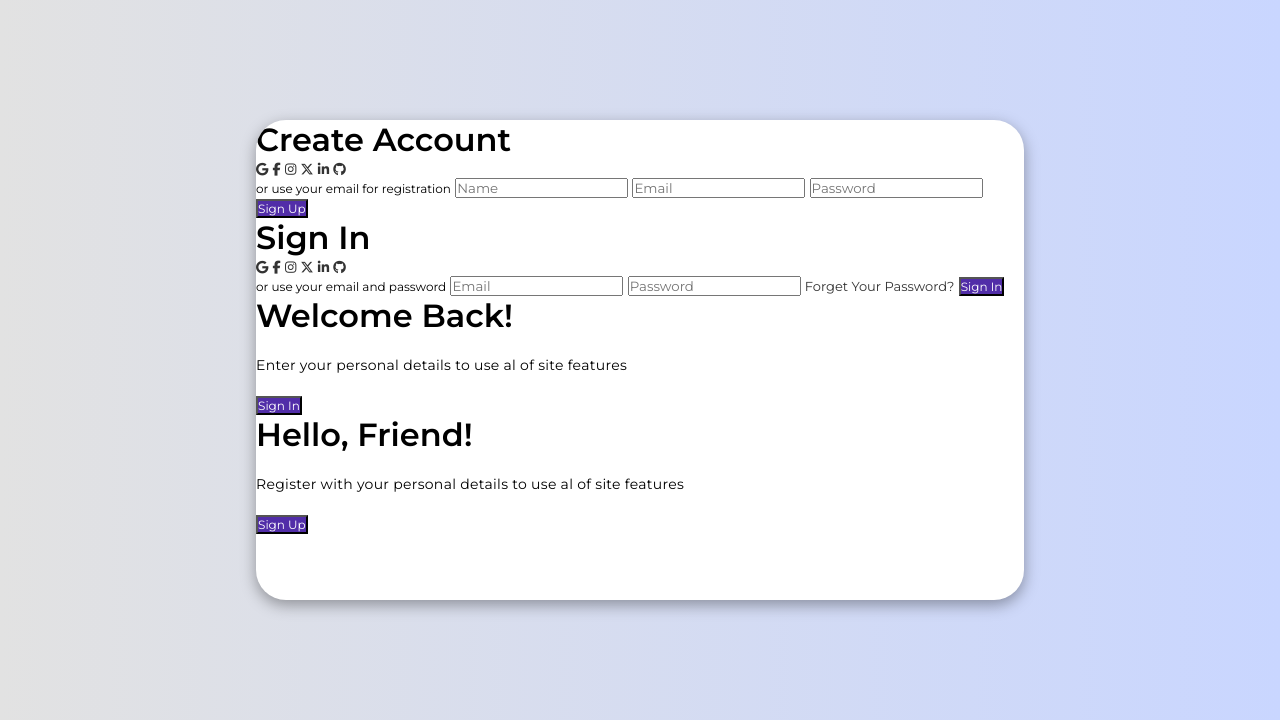
Repository: DevMike1993/Animated_Login_Page
Page: index.html
These files come from the project's save history. The page is drawn as it stood at one moment and after a run of saves; the edit follows.
The browser window is 1280 px wide. The pictures show the whole page.

Above is the page before, as saved 2023-12-17 19:59:08.

### index.html
<!DOCTYPE html>
<html lang="en">
<head>
    <meta charset="UTF-8">
    <meta name="viewport" content="width=device-width, initial-scale=1.0">
    <link rel="stylesheet" href="https://cdnjs.cloudflare.com/ajax/libs/font-awesome/6.5.1/css/all.min.css">
    <link rel="stylesheet" href="style.css">
    <title>Animated Login Page</title>
</head>
<body>

    <div class="container" id="container">
        <div class="form-container sign-up">
            <form>
                <h1>Create Account</h1>
                <div class="social-icons">
                    <a href="#" class="icon"><i class="fa-brands fa-google"></i></a>
                    <a href="#" class="icon"><i class="fa-brands fa-facebook-f"></i></a>
                    <a href="#" class="icon"><i class="fa-brands fa-instagram"></i></a>
                    <a href="#" class="icon"><i class="fa-brands fa-x-twitter"></i></a>
                    <a href="#" class="icon"><i class="fa-brands fa-linkedin-in"></i></a>
                    <a href="#" class="icon"><i class="fa-brands fa-github"></i></a>
                </div>
                <span>or use your email for registration</span>
                <input type="text" placeholder="Name">
                <input type="email" placeholder="Email">
                <input type="password" placeholder="Password">
                <button>Sign Up</button>
            </form>
        </div>
        <div class="form-container sign-in">
            <form>
                <h1>Sign In</h1>
                <div class="social-icons">
                    <a href="#" class="icon"><i class="fa-brands fa-google"></i></a>
                    <a href="#" class="icon"><i class="fa-brands fa-facebook-f"></i></a>
                    <a href="#" class="icon"><i class="fa-brands fa-instagram"></i></a>
                    <a href="#" class="icon"><i class="fa-brands fa-x-twitter"></i></a>
                    <a href="#" class="icon"><i class="fa-brands fa-linkedin-in"></i></a>
                    <a href="#" class="icon"><i class="fa-brands fa-github"></i></a>
                </div>
                <span>or use your email and password</span>
                <input type="email" placeholder="Email">
                <input type="password" placeholder="Password">
                <a href="#">Forget Your Password?</a>
                <button>Sign In</button>
            </form>
        </div>
        <div class="toggle-container">
            <div class="toggle">
                <div class="toggle-panel toggle-left">
                    <h1>Welcome Back!</h1>
                    <p>Enter your personal details to use al of site features</p>
                    <button class="hiden" id="login">Sign In</button>
                </div>
                <div class="toggle-panel toggle-right">
                    <h1>Hello, Friend!</h1>
                    <p>Register with your personal details to use al of site features</p>
                    <button class="hiden" id="register">Sign Up</button>
                </div>
            </div>
        </div>
    </div>

    <script src="script.js"></script>
</body>
</html>

### style.css
@import url('https://fonts.googleapis.com/css2?family=Montserrat:ital,wght@0,200;0,300;0,400;0,500;0,600;1,200;1,300&family=Poppins&display=swap');

*{
    margin: 0;
    padding: 0;
    box-sizing: border-box;
    font-family: "Montserrat", sans-serif;
}

body{
    background-color: #c9d6ff;
    background: linear-gradient(to right, #e2e2e2, #c9d6ff);
    display: flex;
    align-items: center;
    justify-content: center;
    flex-direction: column;
    height: 100vh;
}

.container{
    background-color: #fff;
    border-radius: 30px;
    box-shadow: 0 5px 15px rgba(0, 0, 0, 0.35);
    position: relative;
    overflow: hidden;
    width: 768px;
    max-width: 100%;
    min-height: 480px;
}

.container p{
    font-size: 14px;
    line-height: 20px;
    letter-spacing: 0.3px;
    margin: 20px 0;
}

.container span{
    font-size: 12px;
}

.container a{
    color: #333;
    font-size: 13px;
    text-decoration: none;
    margin: 15px 0 10px;
}

.container button{
    background-color: #512da8;
    color: #fff;
    font-size: 12px;
    padding 10px 45px;
}

Loaded but not shown: script.js (no copy from this time; the picture is the same without it)

After the next 2 saves:
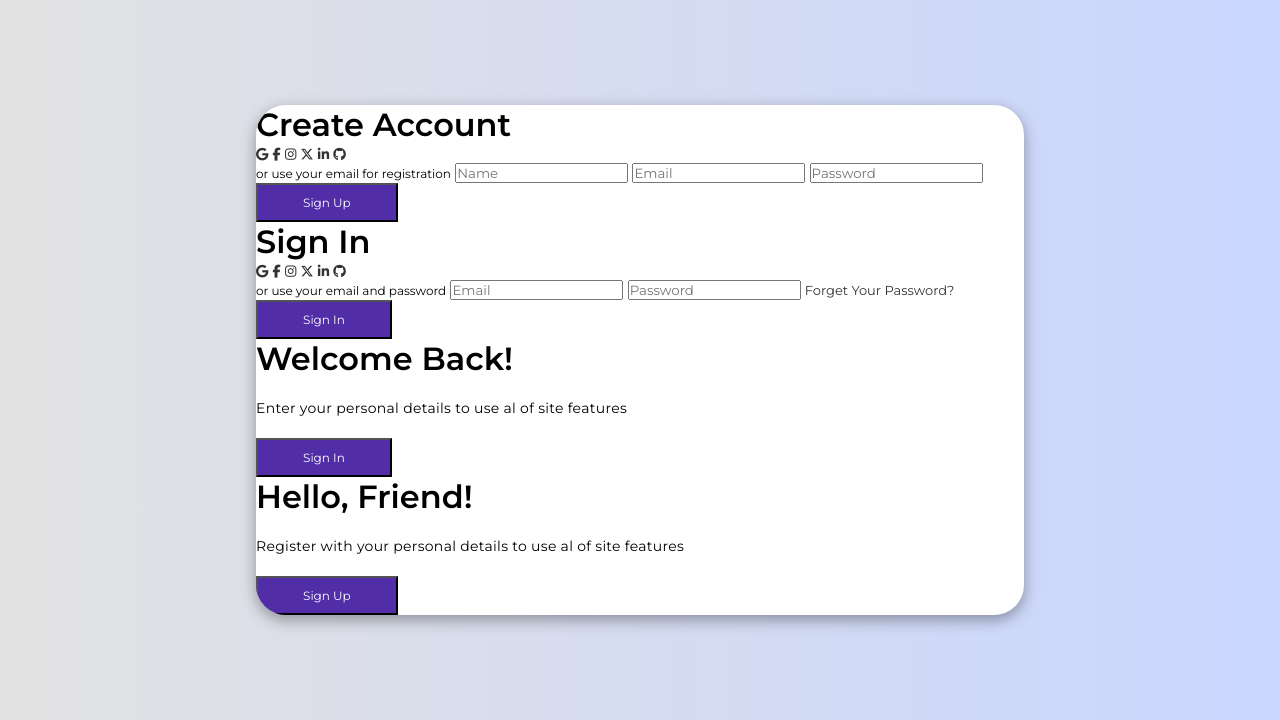
The 2 saves are shown as one change because they came seconds apart.
The last was saved 7 s later.
--- a/style.css
+++ b/style.css
@@ -50,5 +50,6 @@ body{
     background-color: #512da8;
     color: #fff;
     font-size: 12px;
-    padding 10px 45px;
+    padding: 10px 45px;
+
 }
